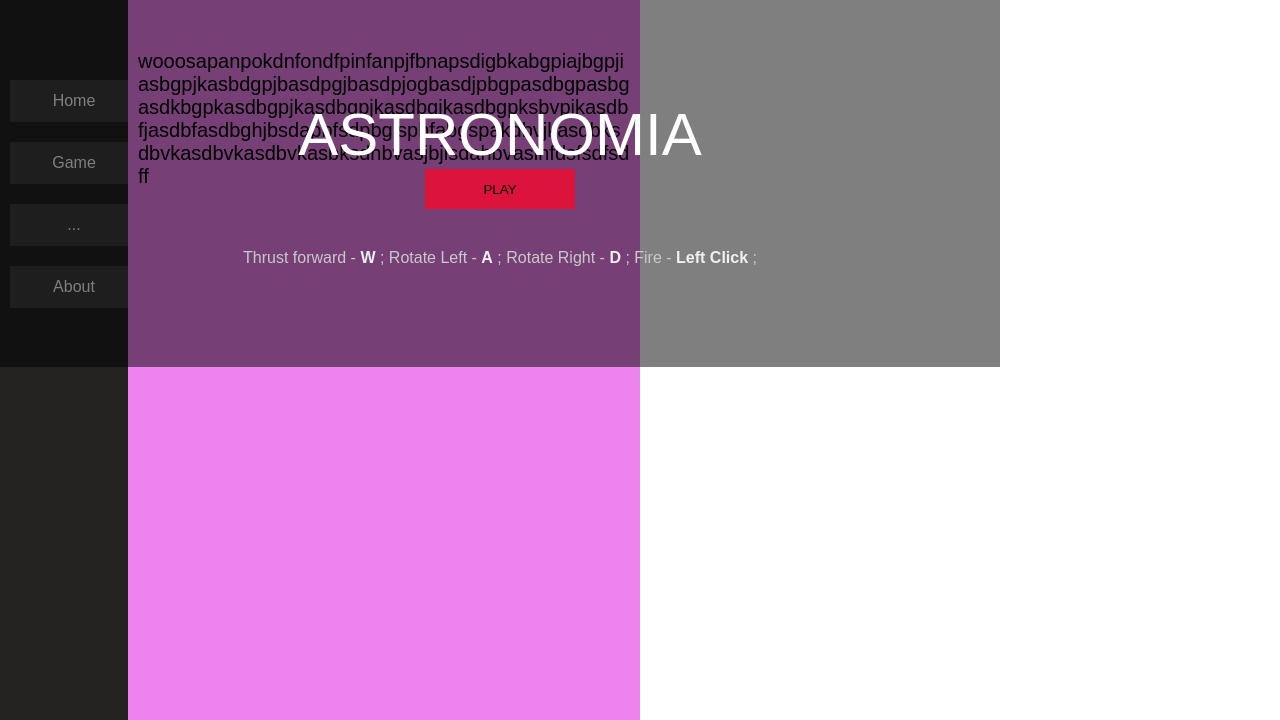
Repository: LaukiniXs/astronomia
Page: index.html
These files come from the project's save history. The page is drawn as it stood at one moment and after the next save; the edit follows.
The browser window is 1280 px wide. The pictures show the whole page.

Above is the page before, as saved 2020-05-18 13:15:18.
Not found: index.ts

### index.html
<html>
	<head>
	<meta charset="UTF-8">
		<title>Fully fledged page</title>
			<link rel="stylesheet" type="text/css" href="style.css">

	</head>
	<body>
		<div id="sidebar">
		<button class="button" style="height:42px; width: 100%; margin-top: 80px;"><a href="">Home</a></button>
		<button class="button" style="height:42px;"><a href="">Game</a></button>
		<button class="button" style="height:42px;"><a href="">...</a></button>
		<button class="button" style="height:42px;"><a href="">About</a></button>
		</div>
		<div id="clearFloat"></div>
		<div id="contents">
			<p class="contentText">wooosapanpokdnfondfpinfanpjfbnapsdigbkabgpiajbgpjiasbgpjkasbdgpjbasdpgjbasdpjogbasdjpbgpasdbgpasbgasdkbgpkasdbgpjkasdbgpjkasdbgjkasdbgpksbvpjkasdbfjasdbfasdbghjbsdapbfsdpbgisphfabgspakdbvjkasdbksdbvkasdbvkasdbvkasbksdhbvasjbjlsdahbvaslhfdsfsdfsdff
			</p>
		</div>
		<div id="game">
			<div id="splash">
				<p id="title">ASTRONOMIA</p>
				<button id="play-btn">PLAY</button>
				<p id="controls"> Thrust forward - <span class="controlBtn">W</span> ;
					Rotate Left - <span class="controlBtn">A</span> ;
					Rotate Right - <span class="controlBtn">D</span> ;
					Fire - <span class="controlBtn">Left Click</span> ;</p>
			</div>
			<div id="gameover">
				<p>Game Over</p>
				<p id="tip">Refresh the page to try again</p>
			</div>
			<div id="log"></div>
			<audio id="backgroundMusic" src="./audio/backgroundMusic.mp3" preload loop></audio>
			<script src="./index.ts"></script>
		</div>
	</body>

</html>

### style.css
* {
    margin: 0px;
    padding: 0px;
    font-family: Arial, Helvetica, sans-serif;
}
#sidebar {
    float: left;
    background-color:#242322;
    width: 10%;
    height: 100%;
}
.button {
    border: 0;
    background: #3d3d3d;
    color: white;
    font-family: Arial, Helvetica, sans-serif;
    font-size: 16px;
    line-height: 18px;
    white-space: nowrap;
    text-decoration: none;
    width: 100%;
    margin: 10px;
    cursor: pointer;
  }
  .floatRight{
    float: right;

  }
  .clearFloat{
    clear: both;
  }
  a {
   text-decoration: none;
    color: white;
  }
  #contents{
    word-wrap: break-word;
    float: left;
    width: 40%;
    height: 100%;
    background-color: violet;
  }
  .contentText{
    margin: 50px 10px;
    font-size: 20px;
  }
  #splash {
    z-index: 10;
    position: absolute;
    background: rgba(0, 0, 0, 0.5);
    width: 1000px;
    padding: 100px 0;
    text-align: center;
}

#play-btn {
    width: 150px;
    height: 40px;
    background-color: crimson;
    border: 0px;
}

#title {
    color: white;
    font-size: 60px;
    font-family: Arial, Helvetica, sans-serif;
}

#controls {
    color: #c9c9c9;
    font-family: Arial, Helvetica, sans-serif;
    padding-top: 40px;
}

.controlBtn {
    font-weight: bold;
    color: #f0f0f0;
}

#gameover {
    display: none;
    color: white;
    position: absolute;
    background: rgba(0, 0, 0, 0.5);
    width: 1000px;
    padding: 170px 0;
    text-align: center;
    font-size: 60px;
    font-family: Arial, Helvetica, sans-serif;
}
#tip{
    font-size: 20px;
    font-family: Arial, Helvetica, sans-serif;
}

After the next save:
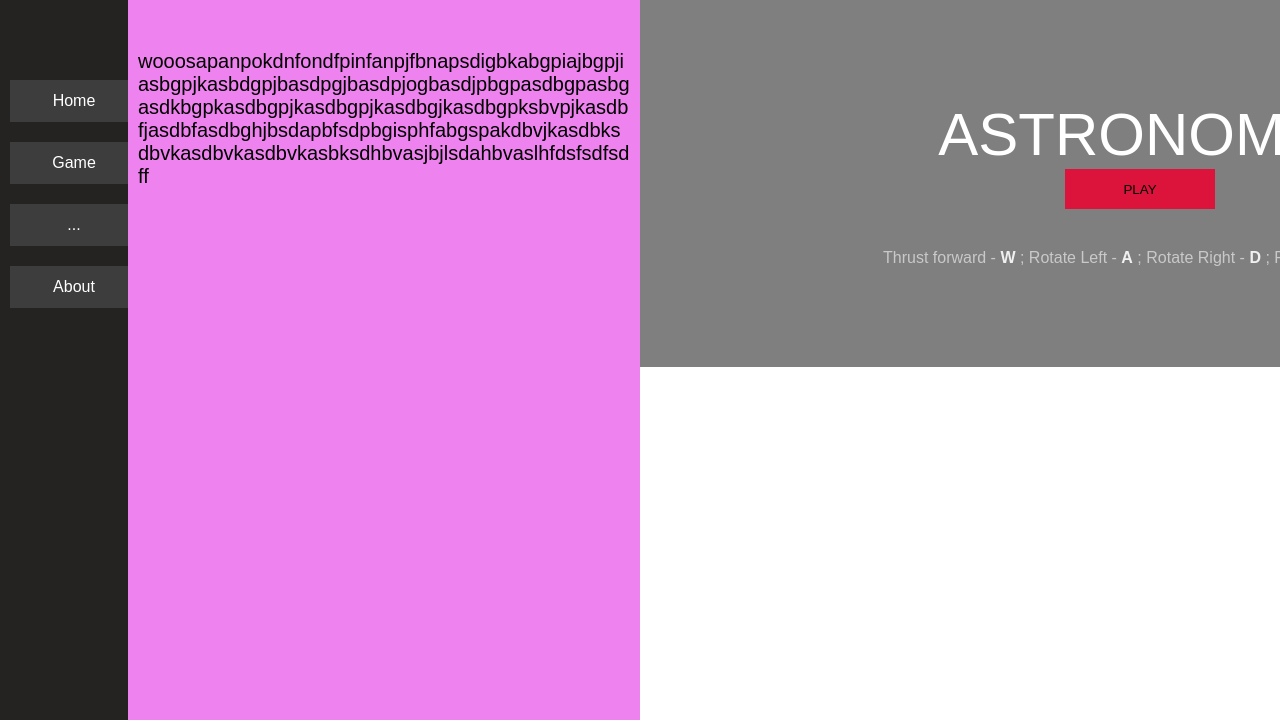
Saved 5 min 25 s later.
--- a/style.css
+++ b/style.css
@@ -45,6 +45,7 @@
     font-size: 20px;
   }
   #splash {
+    float: left;
     z-index: 10;
     position: absolute;
     background: rgba(0, 0, 0, 0.5);
@@ -78,6 +79,7 @@
 }
 
 #gameover {
+  float: left;
     display: none;
     color: white;
     position: absolute;
@@ -92,3 +94,6 @@
     font-size: 20px;
     font-family: Arial, Helvetica, sans-serif;
 }
+#game{
+  float: left;
+}
